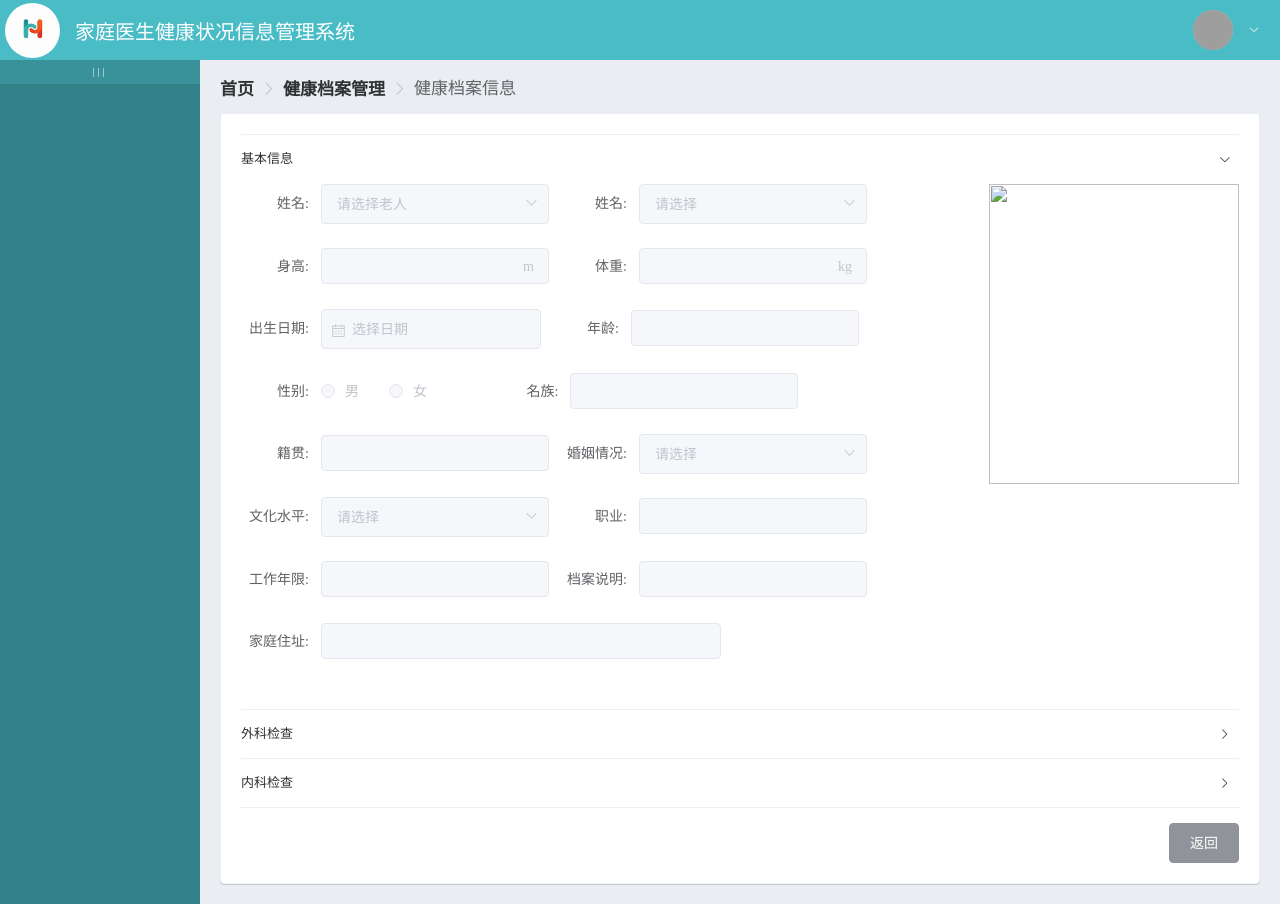
Repository: hyyBubbly/community-web-vue
Page: /#/healthyInfo (app in community/)
These files come from the project's save history. The page is drawn as it stood at one moment and after the next save; the edit follows.
The browser window is 1280 px wide. The pictures show the whole page.
Pictures or frames that could not be fetched are drawn as grey boxes. The page's requests for data from a server got no answer. The project was rebuilt for these pictures with package versions that can differ from the ones it lists, and the page was loaded fresh each time. No one was signed in, and anything a server would have sent is missing. Also part of the build but not shown: community/vue.config.js, community/src/components/Login.vue, community/src/components/Welcome.vue, community/src/components/User/UserList.vue, community/src/components/admin/WorkerList.vue, community/src/components/community/CommunityList.vue, community/src/components/healthfiles/HealthyData.vue, community/src/components/healthfiles/Healthiness.vue and 13 more.

Above is the page before, as saved 2024-02-01 19:24:26.

After the next save:
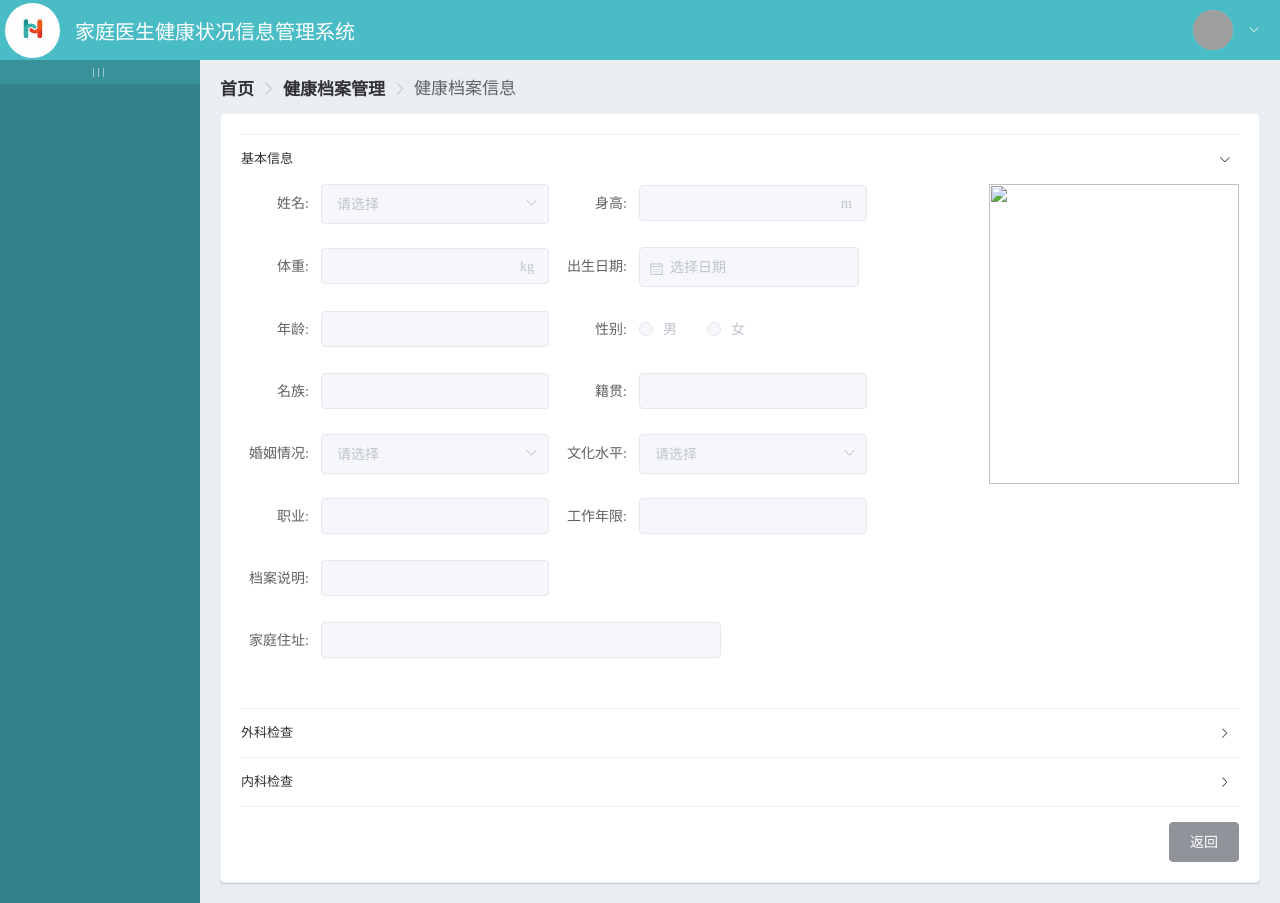
Saved 13 s later.
--- a/community/src/components/healthfiles/HealthyInfo.vue
+++ b/community/src/components/healthfiles/HealthyInfo.vue
@@ -11,7 +11,7 @@
           <el-container style="width: 100%;margin: 0">
             <el-form ref="HealthyFormRef" :model="HealthyForm" label-width="80px" :inline="true" class="demo-form-inline"
                      style="width: 80%">
-              <el-form-item label="姓名:">
+              <!-- <el-form-item label="姓名:">
                 <el-select placeholder="请选择老人" v-model="HealthyForm.olderId" @change="getOlderInfo(HealthyForm.olderId)"
                            clearable filterable :disabled="isEdit">
                   <el-option
@@ -21,7 +21,7 @@
                       :value="item.olderId">
                   </el-option>
                 </el-select>
-              </el-form-item>
+              </el-form-item> -->
               <el-form-item label="姓名:">
                 <el-select v-model="HealthyForm.userId" filterable clearable disabled>
                   <el-option

After the save that followed:
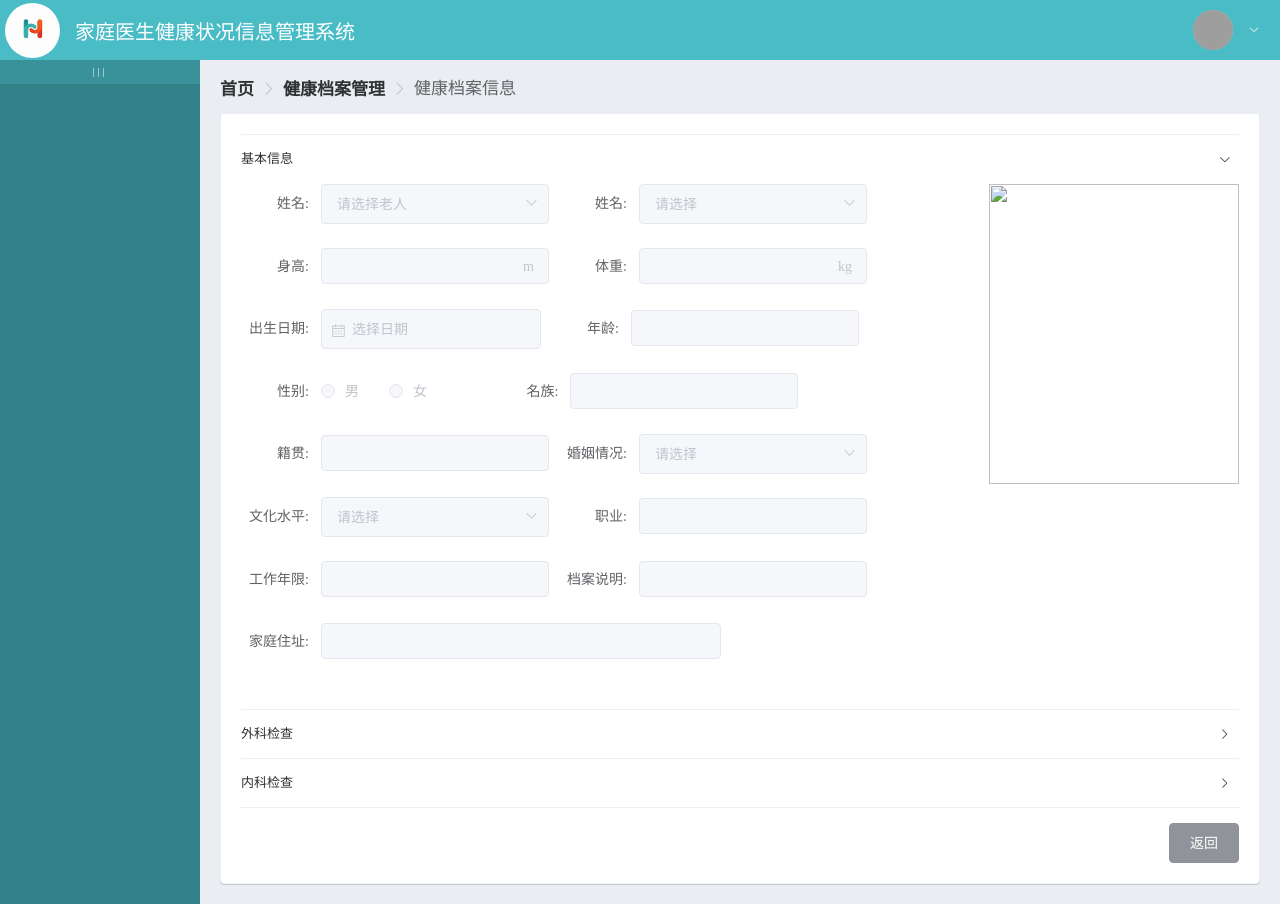
Saved 9 s later.
--- a/community/src/components/healthfiles/HealthyInfo.vue
+++ b/community/src/components/healthfiles/HealthyInfo.vue
@@ -11,7 +11,7 @@
           <el-container style="width: 100%;margin: 0">
             <el-form ref="HealthyFormRef" :model="HealthyForm" label-width="80px" :inline="true" class="demo-form-inline"
                      style="width: 80%">
-              <!-- <el-form-item label="姓名:">
+              <el-form-item label="姓名:">
                 <el-select placeholder="请选择老人" v-model="HealthyForm.olderId" @change="getOlderInfo(HealthyForm.olderId)"
                            clearable filterable :disabled="isEdit">
                   <el-option
@@ -21,7 +21,7 @@
                       :value="item.olderId">
                   </el-option>
                 </el-select>
-              </el-form-item> -->
+              </el-form-item>
               <el-form-item label="姓名:">
                 <el-select v-model="HealthyForm.userId" filterable clearable disabled>
                   <el-option
